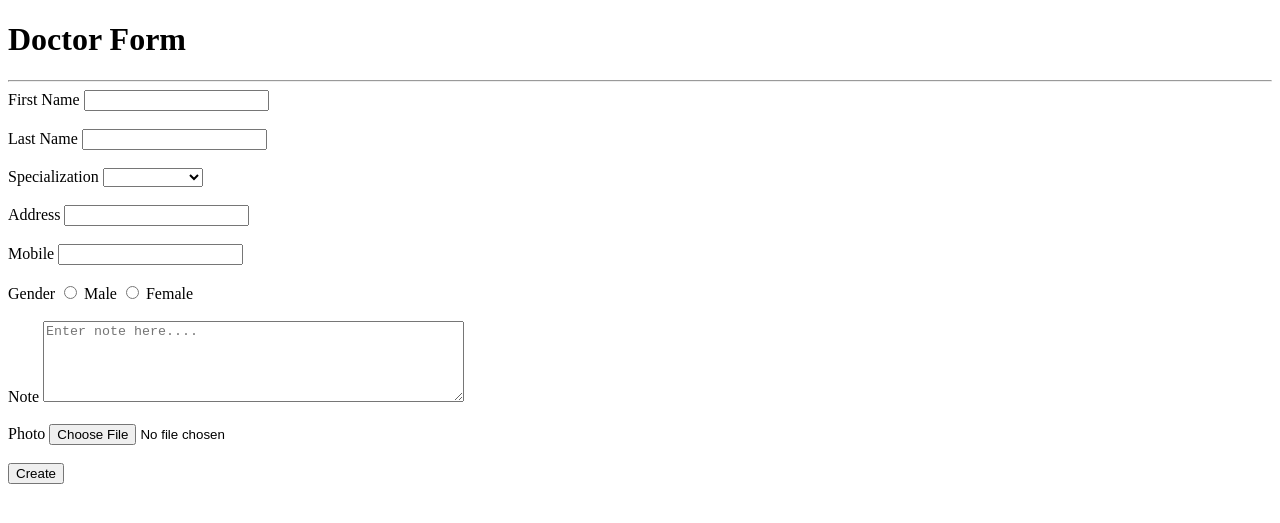
Repository: aayush105/Advance-Java
Page: http://localhost/Doctorpatient/patient.jsp
The author's editor kept a copy of each file at every save. The page is drawn from the files as they stood at one save, then again after the next save.
The browser window is 1280 px wide. The pictures show the whole page.
The page is served by Tomcat 10. Other server files are loaded and not shown.

Above is the page before, as saved 2023-07-20 11:21:58.

### Doctorpatient/src/main/webapp/patient.jsp
<%@ page language="java" contentType="text/html; charset=UTF-8"
    pageEncoding="UTF-8"%>
<!DOCTYPE html>
<html>
<head>
<meta charset="UTF-8">
<title>Patient</title>
</head>
<body>

<h1>Doctor Form</h1>
<hr>
<form action="DoctorServlet" method="POST">

First Name <input type ="text" name ="fname"><br><br>
Last Name <input type ="text" name ="lname"><br><br>
Specialization  <select data-placeholder="Choose your specialization" name="specialization">
    <option value=""></option>
    <option>Cardiologists</option>
    <option>Neurologist</option>
    <option>Surgeon</option>
    <option>Gynecologist</option>
  </select>
 <br><br>
Address <input type ="text" name ="address"><br><br>
Mobile <input type ="text" name ="mobile"><br><br>
Gender <input type="radio" name="gender" value="male"> Male
<input type="radio" name="gender" value="female"> Female
<br><br>
Note <textarea rows = "5" cols = "50" name = "note" placeholder ="Enter note here...."></textarea><br><br>
Photo <input type="file" name="photo"><br><br>
  <input type="submit" value="Create" >

</form>

</body>
</html>

After the next save:
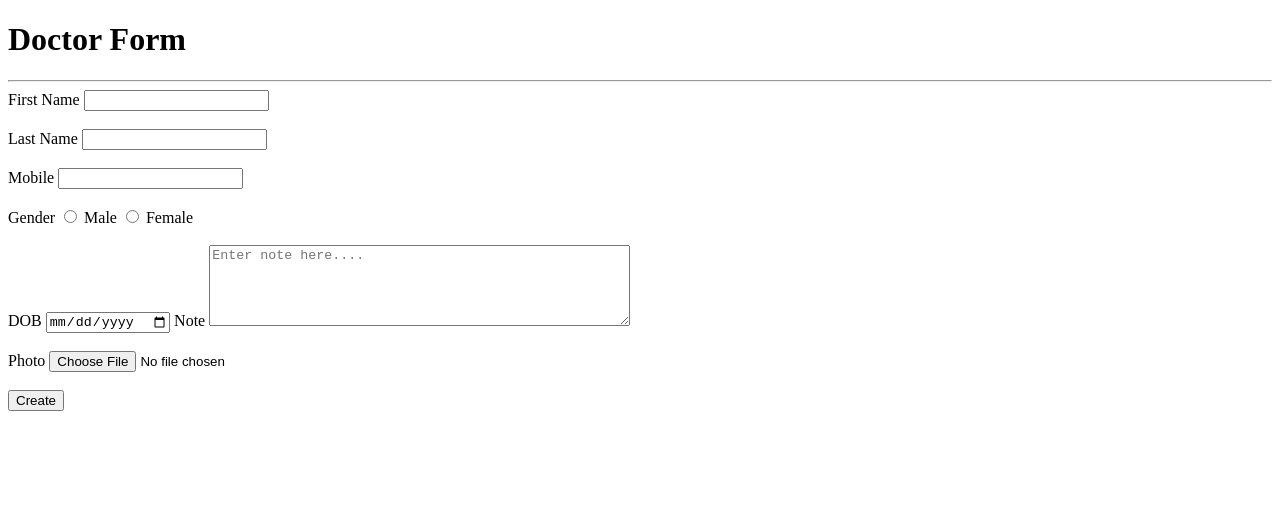
Saved 2 min 38 s later.
--- a/Doctorpatient/src/main/webapp/patient.jsp
+++ b/Doctorpatient/src/main/webapp/patient.jsp
@@ -14,19 +14,11 @@
 
 First Name <input type ="text" name ="fname"><br><br>
 Last Name <input type ="text" name ="lname"><br><br>
-Specialization  <select data-placeholder="Choose your specialization" name="specialization">
-    <option value=""></option>
-    <option>Cardiologists</option>
-    <option>Neurologist</option>
-    <option>Surgeon</option>
-    <option>Gynecologist</option>
-  </select>
- <br><br>
-Address <input type ="text" name ="address"><br><br>
 Mobile <input type ="text" name ="mobile"><br><br>
 Gender <input type="radio" name="gender" value="male"> Male
 <input type="radio" name="gender" value="female"> Female
 <br><br>
+DOB <input type ="date" name ="date">
 Note <textarea rows = "5" cols = "50" name = "note" placeholder ="Enter note here...."></textarea><br><br>
 Photo <input type="file" name="photo"><br><br>
   <input type="submit" value="Create" >
